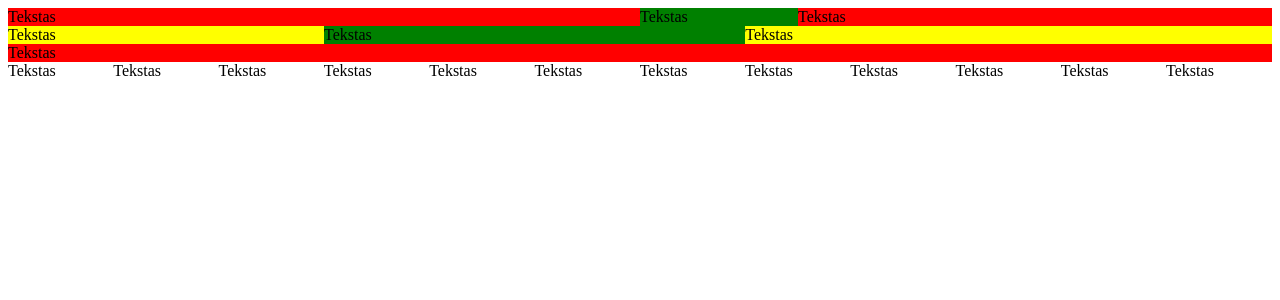
Repository: motiejus1/05-paskaita
Page: index.html
These files come from the project's save history. The page is drawn as it stood at one moment and after the next save; the edit follows.
The browser window is 1280 px wide. The pictures show the whole page.

Above is the page before, as saved 2021-06-07 18:45:36.

After the next save:
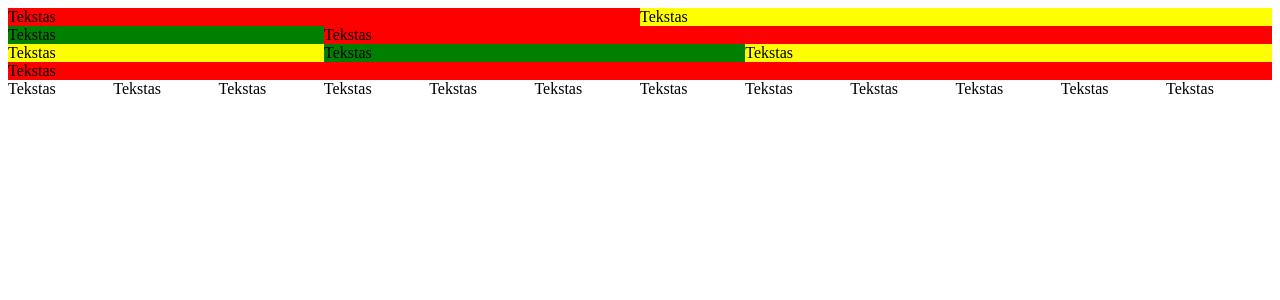
Saved 17 s later.
--- a/index.html
+++ b/index.html
@@ -80,7 +80,7 @@
 <body>
     <div class="row">
         <div class="col-6 raudona">Tekstas</div>
-        <div class="col-6 geltona>Tekstas</div>
+        <div class="col-6 geltona">Tekstas</div>
     </div>
 
     <div class="row">
